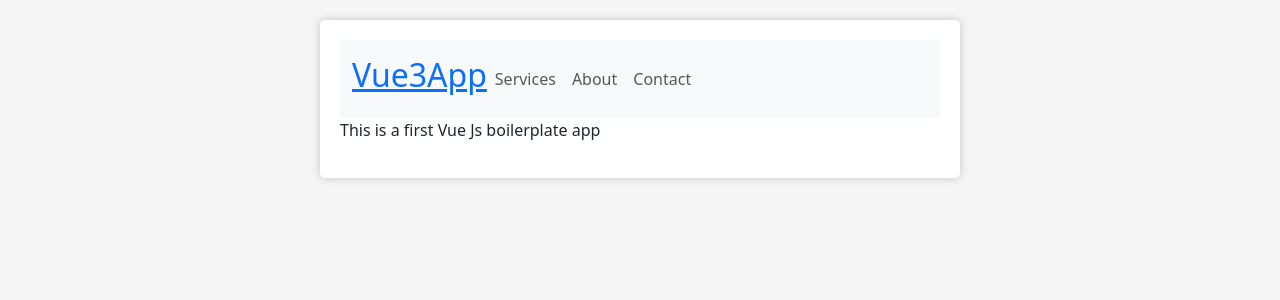
Repository: feyroozecode/intro-vue3-app
Page: index.html
The author's editor kept a copy of each file at every save. The page is drawn from the files as they stood at one save, then again after the next save.
The browser window is 1280 px wide. The pictures show the whole page.

Above is the page before, as saved 2023-08-14 08:41:54.

After the next save:
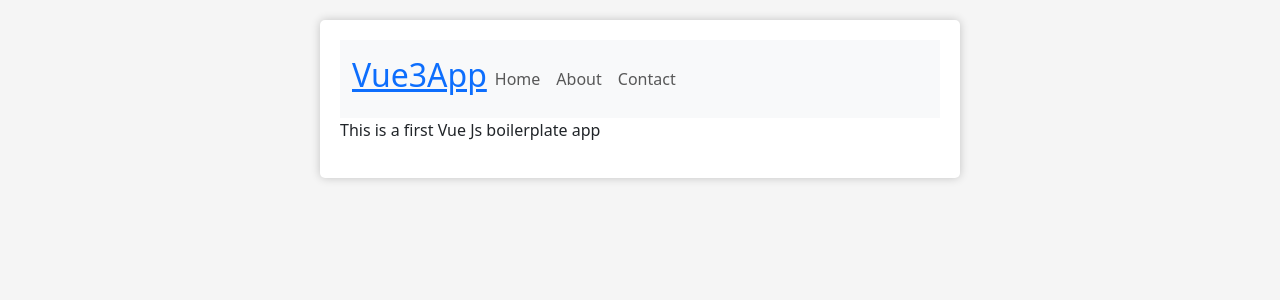
Saved 16 s later.
--- a/index.html
+++ b/index.html
@@ -30,7 +30,7 @@
             <div class="container-fluid">
                 <a href="#" class="navbar brand"> <h2> {{ title }} </h2> </a>
                 <ul class="navbar-nav me-auto mb-2 mb-lg-0 ml-5">
-                    <a class="nav-link" aria-current="page" href="#"> {{ links[1] }} </a>
+                    <a class="nav-link" aria-current="page" href="#"> {{ links[0] }} </a>
                     <a class="nav-link" aria-current="page" href="#"> {{ links[2] }} </a>
                     <a class="nav-link" aria-current="page" href="#"> {{ links[3] }} </a>
                     <a class="nav-link" aria-current="page" href="#"> {{ links[4] }} </a>
